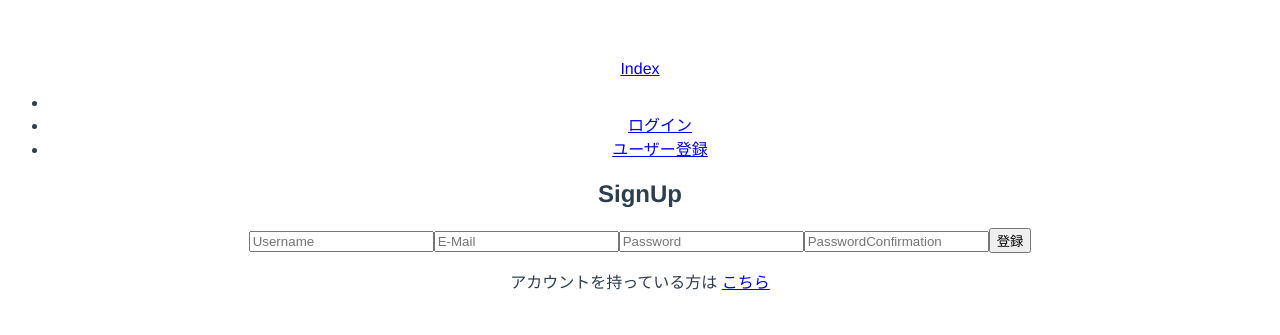
Repository: dododoSA/chat-app
Page: /signup (app in front/)
The author's editor kept a copy of each file at every save. The page is drawn from the files as they stood at one save, then again after the next save.
The browser window is 1280 px wide. The pictures show the whole page.
The project was rebuilt for these pictures with package versions that can differ from the ones it lists, and the page was loaded fresh each time. Also part of the build but not shown: front/vue.config.js, front/src/components/HelloWorld.vue, front/src/components/Thread.vue, front/src/components/Channel.vue, front/src/components/Top.vue, front/src/components/Login.vue, front/src/components/NewChannelForm.vue, front/src/components/EditChannelForm.vue.

Above is the page before, as saved 2019-09-08 15:21:26.

After the next save:
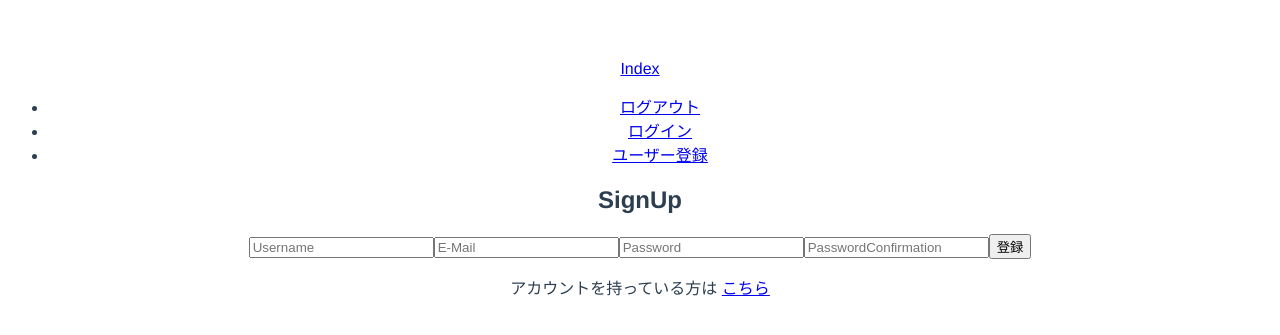
Saved 4 min 46 s later.
--- a/front/src/App.vue
+++ b/front/src/App.vue
@@ -4,7 +4,7 @@
       <router-link to="/">Index</router-link>
       <ul class="navbar-nav mr-auto">
         <li class="nav-item">
-            <!--a-- class="nav-link" href="{{path('logout')}}">ログアウト</!--a-->
+            <a href="#" class="nav-link">ログアウト</a>
         </li>
         <li class="nav-item">
           <router-link to="/login">ログイン</router-link>
